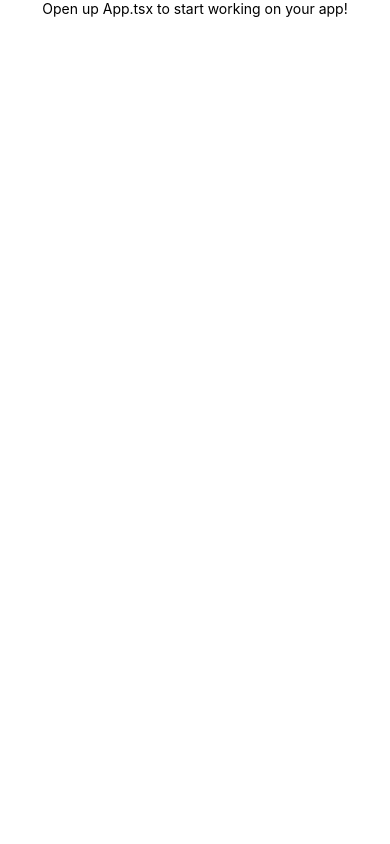
Repository: sonnke/imageResizer
Screen: /
The author's editor kept a copy of each file at every save. The screen is drawn from the files as they stood at one save, then again after the next save.
The app was drawn by React Native's web renderer in a window 390 px wide. The project was rebuilt for these pictures with package versions that can differ from the ones it lists, and the page was loaded fresh each time.

Above is the screen before, as saved 2020-02-02 12:08:23.

After the next save:
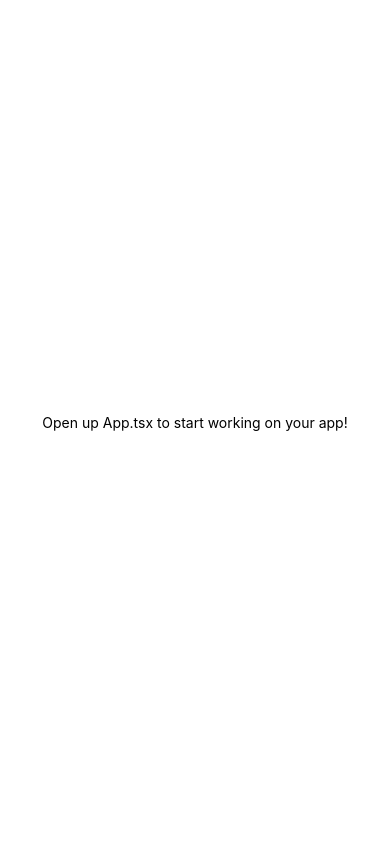
Saved 51 s later.
--- a/App.tsx
+++ b/App.tsx
@@ -5,8 +5,9 @@
 const MainContainer = styled.View`
   flex: 1;
   align-items: center;
-  align-content: center;
+  justify-content: center;
 `;
+
 export default function App() {
   return (
     <MainContainer>

After the save that followed:
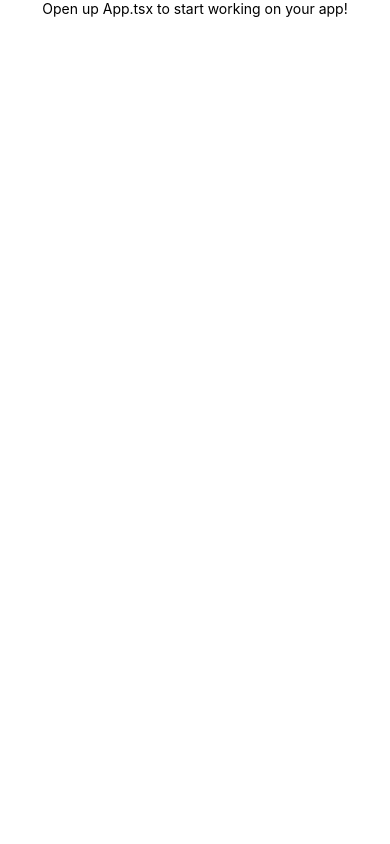
Saved 16 s later.
--- a/App.tsx
+++ b/App.tsx
@@ -5,7 +5,7 @@
 const MainContainer = styled.View`
   flex: 1;
   align-items: center;
-  justify-content: center;
+  justify-content: flex-start;
 `;
 
 export default function App() {
